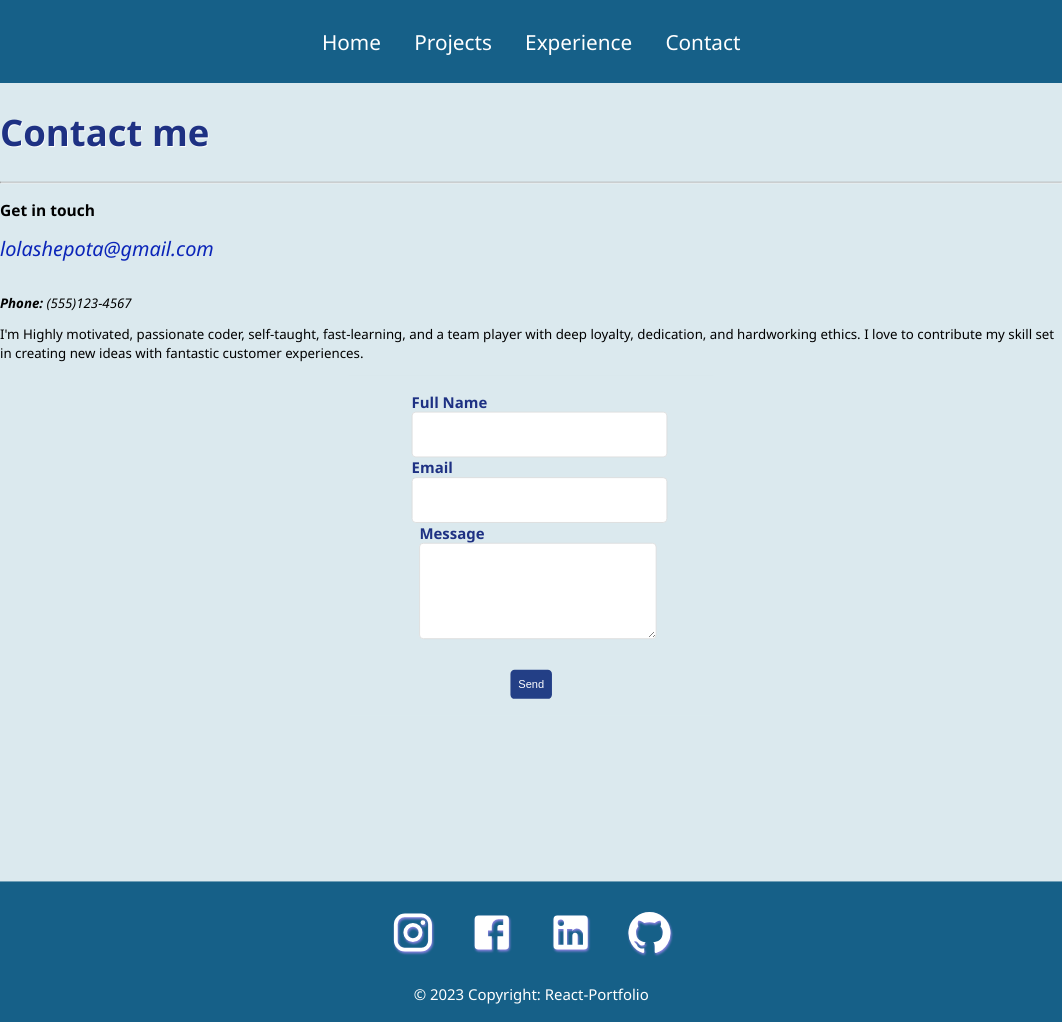
Repository: LolaSL/react-portfolio
Page: /contact
An editor plug-in stored every save of this project. The page is shown before and after the next save, followed by the edit.
The browser window is 1280 px wide. The pictures show the whole page, at 83% of full size.
The project was rebuilt for these pictures with package versions that can differ from the ones it lists, and the page was loaded fresh each time. Also part of the build but not shown: src/pages/Home/Style.css, src/pages/Home/Home.jsx, src/components/ProjectItem/Style.css, src/components/ProjectItem/ProjectItem.jsx, src/helpers/ProjectList.js, src/pages/Projects/Style.css, src/pages/Projects/Projects.jsx, src/pages/Experience/Style.css and 2 more.

Above is the page before, as saved 2023-09-27 17:34:01.

After the next save:
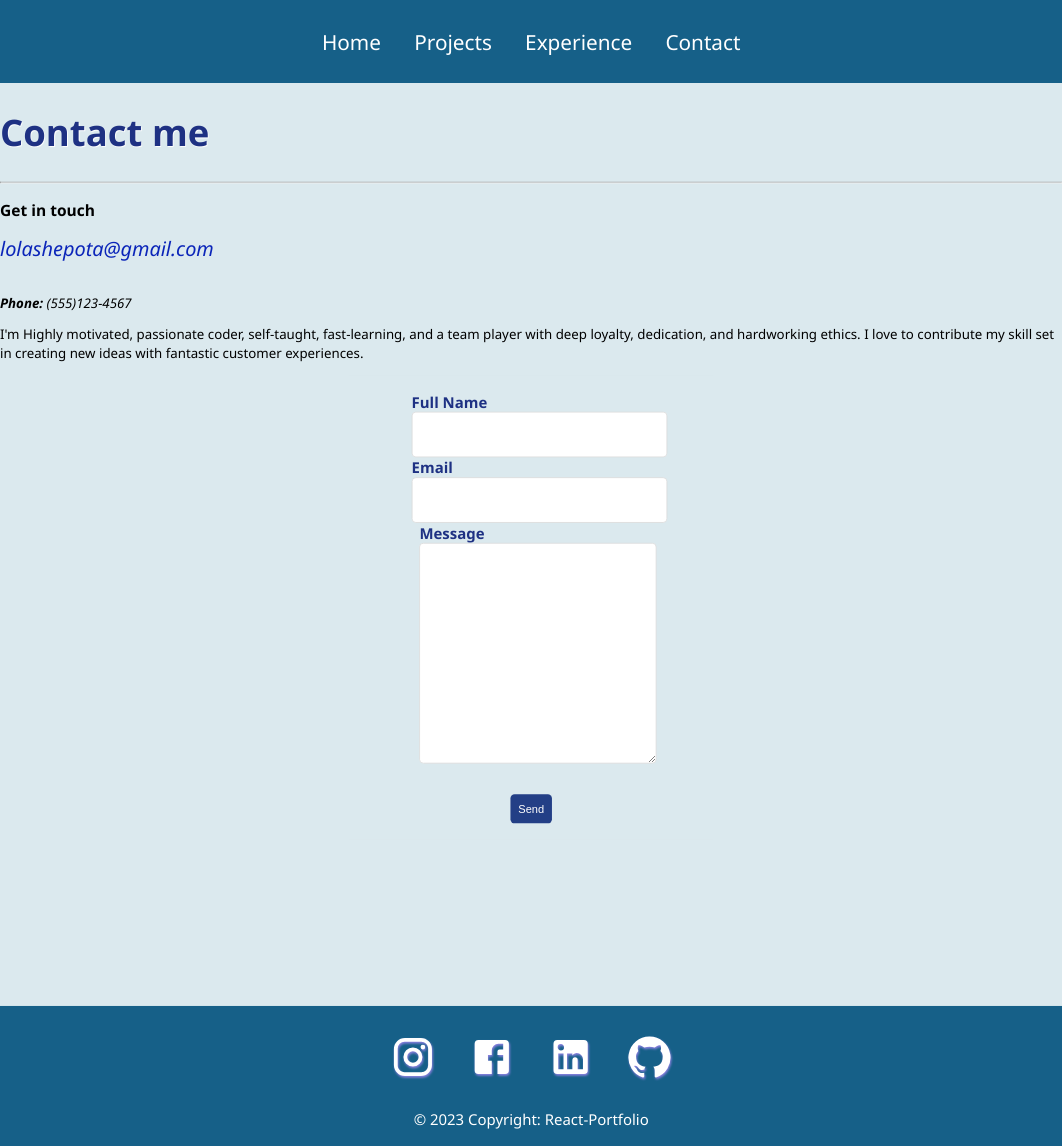
Saved 38 s later.
--- a/src/pages/Contact/Style.css
+++ b/src/pages/Contact/Style.css
@@ -41,7 +41,8 @@ h1{
     outline: none;
     border-radius: 5px;
     border: 1px solid rgb(220, 220, 220);
-
+    min-height: 250px;
+    resize: vertical;
     &:focus {
       border: 2px solid rgba(0, 206, 158, 1);
     }
